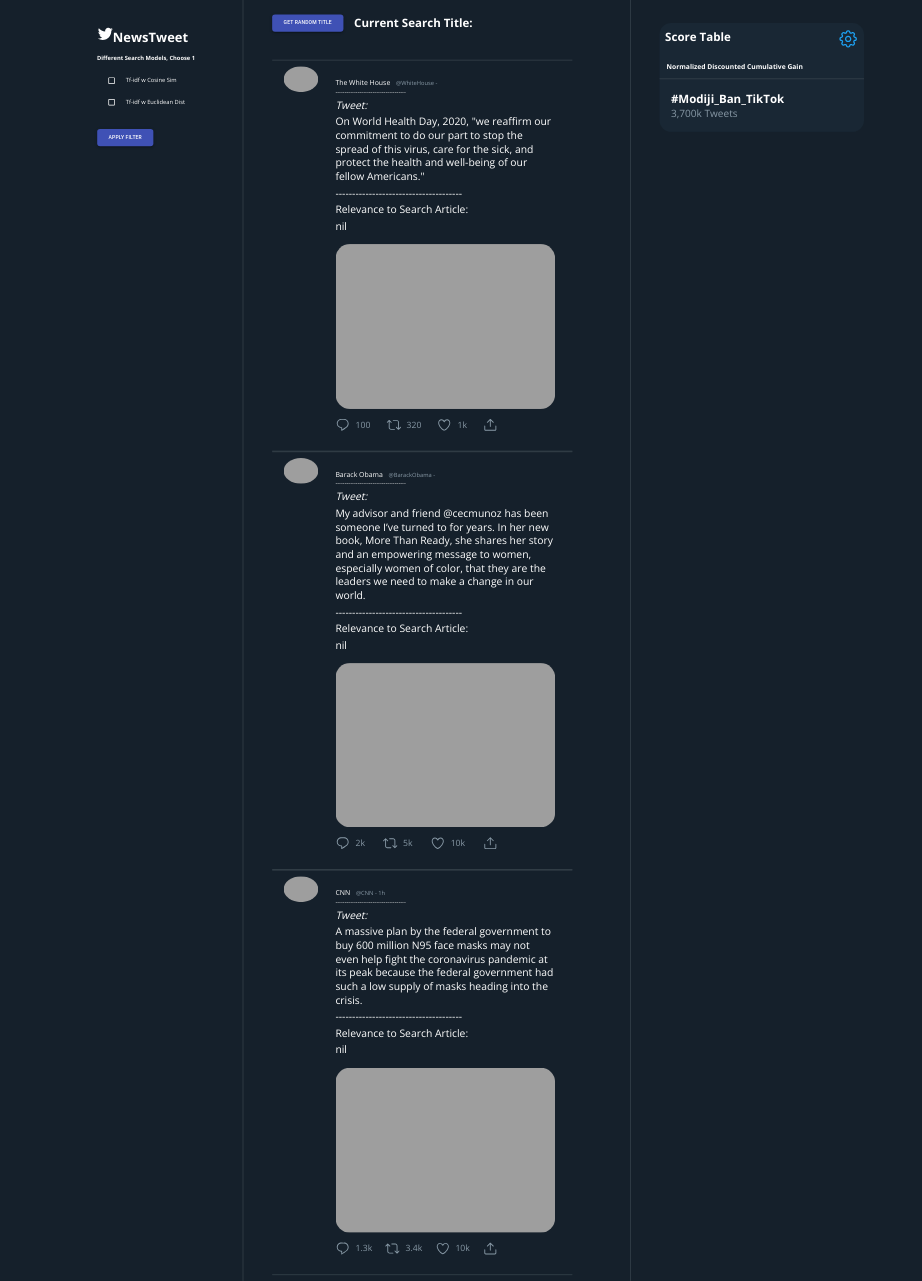
Repository: Dustyik/IR-tweets---disaster-
Page: / (app in Frontend/)
These files come from the project's save history. The page is drawn as it stood at one moment and after the next save; the edit follows.
The browser window is 1280 px wide. The pictures show the whole page, at 72% of full size.
Pictures or frames that could not be fetched are drawn as grey boxes. The page's requests for data from a server got no answer. The project was rebuilt for these pictures with package versions that can differ from the ones it lists, and the page was loaded fresh each time. No one was signed in, and anything a server would have sent is missing. Also part of the build but not shown: Frontend/src/components/trending/FollowSuggestionCard.js, Frontend/src/styles/FollowList.css, Frontend/src/components/trending/FollowSuggestionsList.js, Frontend/src/components/StatusCard.js, Frontend/src/pages/Status.js, Frontend/src/components/profile/ProfileHead.js, Frontend/src/components/profile/ProfileDetails.js, Frontend/src/styles/Profile.css and 1 more.

Above is the page before, as saved 2021-08-04 19:56:45.

### Frontend/public/index.html
<!DOCTYPE html>
<html lang="en">

<head>
  <meta charset="utf-8" />
  <link rel="icon" href="%PUBLIC_URL%/favicon.ico" />
  <meta name="viewport" content="width=device-width, initial-scale=1" />
  <meta name="theme-color" content="#000000" />
  <meta name="description" content="Web site created using create-react-app" />
  <link rel="apple-touch-icon" href="%PUBLIC_URL%/logo192.png" />
  <link href="https://fonts.googleapis.com/css2?family=Open+Sans:wght@400;700&display=swap" rel="stylesheet">
  <!--
      manifest.json provides metadata used when your web app is installed on a
      user's mobile device or desktop. See https://developers.google.com/web/fundamentals/web-app-manifest/
    -->
  <link rel="manifest" href="%PUBLIC_URL%/manifest.json" />
  <!--
      Notice the use of %PUBLIC_URL% in the tags above.
      It will be replaced with the URL of the `public` folder during the build.
      Only files inside the `public` folder can be referenced from the HTML.

      Unlike "/favicon.ico" or "favicon.ico", "%PUBLIC_URL%/favicon.ico" will
      work correctly both with client-side routing and a non-root public URL.
      Learn how to configure a non-root public URL by running `npm run build`.
    -->
  <title>React App</title>
</head>

<body>
  <noscript>You need to enable JavaScript to run this app.</noscript>
  <div id="root"></div>
  <!--
      This HTML file is a template.
      If you open it directly in the browser, you will see an empty page.

      You can add webfonts, meta tags, or analytics to this file.
      The build step will place the bundled scripts into the <body> tag.

      To begin the development, run `npm start` or `yarn start`.
      To create a production bundle, use `npm run build` or `yarn build`.
    -->
</body>

</html>

### Frontend/src/App.js
import React from 'react';
import { BrowserRouter as Router, Route } from 'react-router-dom';
import './App.css';
import { Sidebar } from './components/Sidebar';
import { Home } from './pages/Home';
import { Trending } from './components/trending/Trending';
import { GlobalProvider } from './context/GlobalState';
import { Status } from './pages/Status';
import ScrollToTop from './utils/ScrollToTop';
import { Profile } from './pages/Profile';

function App() {
  return (
    <GlobalProvider >
      <Router >

        <ScrollToTop>
          <div className="App">
            <div className="side-nav">
              <Sidebar />
            </div>
            <div className="main trending">

              <Route exact path="/" component={Home} />
              { /*
              <Route exact path="/:id" component={Profile} />
              <Route exact path="/status/:id" component={Status} />
              */}


            </div>

            <div className="trending">
              <Trending />
            </div>
          </div>
        </ScrollToTop>

      </Router>
    </GlobalProvider>
  );
}

export default App;

### Frontend/src/App.css
:root {
    --body-bg        : rgb(21, 32, 43);
    --sky-blue       : rgba(29, 161, 242, 1.00);
    --light          : rgba(255, 255, 2555);
    --grey           : rgb(136, 153, 166);
    --border         : rgb(56, 68, 77);
    --thick-border   : rgb(37, 51, 65);
    --thick-border   : rgb(37, 51, 65);
    --card-background: rgb(25, 39, 52);
}

body {
    background-color: var(--body-bg);
    font-family     : 'Open Sans', sans-serif;
    padding         : 0;
    margin          : 0;
    color           : var(--light);
}

html {
    font-size: 8px;
}

::-webkit-input-placeholder {
    /* Chrome/Opera/Safari */
    font-size  : 2.5rem;
    color      : #9197a3;
    font-weight: 400;
}

::-moz-placeholder {
    /* Firefox 19+ */
    font-size  : 2.5rem;
    color      : #9197a3;
    font-weight: 400;
}

:-ms-input-placeholder {
    /* IE 10+ */
    font-size  : 2.5rem;
    color      : #9197a3;
    font-weight: 400;
}

:-moz-placeholder {
    /* Firefox 18- */
    font-size  : 2.5rem;
    color      : #9197a3;
    font-weight: 400;
}

.App {
    display              : grid;
    grid-template-columns: 2.5fr 4fr 3fr;
}

.side-nav {
    padding-left: 40%;
    padding-top : 3rem;
}

.side-nav svg {
    fill : var(--light);
    width: 2.75rem;
}

.side-nav svg:hover {
    fill: var(--sky-blue);
}

.side-nav-item {
    padding: 2rem 0;

}

.side-nav .side-nav-item .side-nav-text {
    font-size     : 2.25rem;
    font-weight   : 700;
    color         : var(--light);
    padding-left  : 3rem;
    vertical-align: bottom;
}

.avatar {
    display: inline;
}

.avatar img {
    border-radius: 50%;
}


/* helper classes */
.p-0 {
    padding: 0
}


.pl-0 {
    padding-left: 0
}

.p-1 {
    padding: 1rem;
}

.p-2 {
    padding: 2rem
}

.pr-0 {
    padding-right: 0
}

.pb-1 {
    padding-bottom: 1rem;
}

.m-0 {
    margin: 0
}

.mb-0 {
    margin-bottom: 0;
}

.text-center {
    text-align: center;
}

.w-100 {
    width: 100%;
}

.pl-1 {
    padding-left: 1rem;
}

.pr-1 {
    padding-right: 1rem;
}

ul {
    list-style: none;
}

.flex-align-center {
    display    : flex;
    align-items: center;
}

.flex-space-between {
    display        : flex;
    justify-content: space-between;
}

.inline-block {
    display: inline-block;

}


.btn {
    color      : var(--light);
    font-weight: 700;
    cursor     : pointer;
    border     : none;
    background : transparent;
}

.tweet-btn {
    border-radius   : 4rem;
    font-size       : 2rem;
    padding         : 1.5rem;
    background-color: var(--sky-blue);
    width           : 80%;
}

.follow-btn {
    border-radius: 3rem;
    font-size    : 2rem;
    padding      : 0.5rem;
    font-weight  : 700;
    color        : var(--sky-blue);
    border       : 1px solid var(--sky-blue);
}

.pointer {
    cursor: pointer;
}

.bold-dull-para {
    font-size: 1.75rem;
    color    : var(--grey);
}

a {
    text-decoration: none;
    color          : inherit;
}

h1 {
    font-size  : 2.25rem;
    font-weight: 700;
    color      : var(--light);
}

h2 {
    font-size  : 2rem;
    font-weight: 700;
    color      : var(--light);
}

input:focus {
    outline: none;
}

### Frontend/src/components/Sidebar.js
import React, {useState, useContext} from 'react';
import { Logo, HomeIcon, ExploreIcon, NotificationIcon, MessageIcon, BookmarkIcon, ListsIcon, MoreIcon } from '../images/svg/svgs';
import { SmallAvatar } from '../images/avatars';
import { Checkbox } from '@material-ui/core';
import { Button } from '@material-ui/core';
import * as API from "../apifunctions"
import { GlobalContext } from '../context/GlobalState'
import { uniqueNamesGenerator, Config, adjectives, colors, animals } from 'unique-names-generator';


const SEARCH_MODELS = ["Tf-idf w Cosine Sim", "Tf-idf w Euclidean Dist"]

export const Sidebar = () => {
    const profImageurl = 'https://pbs.twimg.com/profile_images/1247964769669136385/KVCROk2D_bigger.jpg';
    const [searchModelsLocalState, setSearchModelsLocalState] = useState([])

    const {setSearchModels, searchModels, title, removeAllTweets, addTweet, addRankingScore, getRankingScore} = useContext(GlobalContext);

    const checkBoxToggled = (event) => {
        const id = event.id
        const checkValue = event.checked

        if (checkValue){
            setSearchModels(id)
            setSearchModelsLocalState(id)
        }
    }

    const applyFilter = () => {
        API.applySearchFilters(searchModels, title.title, title.id).then(
            res => {
                removeAllTweets()
                const data = JSON.parse(res.data.pandas_data)
                const ranking = res.data.ranking_score
                addRankingScore(ranking)

                const relevanceData = data.relevance
                const tweetData = data.text
                const tweetIdData = data.id
                const relatedArticlesData = data.related_article

                for (let i = 0; i < Object.keys(relevanceData).length; i++){
                    let pxSize = 140 + i*3
                    const newTweet = {
                        name: uniqueNamesGenerator({dictionaries: [adjectives, colors, animals]}),
                        tweet: tweetData[i],
                        relevance: relevanceData[i],
                        image: `https://placeimg.com/${pxSize}/${pxSize}/any`
                    }
                    addTweet(newTweet)
                }
            }
        )
    }

    const createCheckBoxes = () =>
        SEARCH_MODELS.map((e) => {

            return (
                <div>
                <Checkbox
                size = "medium"
                id = {e}
                onChange = {(e) => checkBoxToggled(e.target)}
                checked = {searchModelsLocalState == e}
                >
                </Checkbox>
                {e}

                </div>
            )
        }
    )


    const checkBoxes = createCheckBoxes()

    return (
        <div>
            <div className="side-nav-header">

                <h1>
                <Logo />
                    NewsTweet
                </h1>
            </div>
            <h4>
                Different Search Models,
                Choose 1
            </h4>



            {checkBoxes}

            <div>
                &nbsp;
            </div>
            <div>
                &nbsp;
            </div>

            <Button
                onClick = {applyFilter}
                variant="contained" color="primary">
                Apply Filter
            </Button>



        </div>
    )
}

### Frontend/src/pages/Home.js
import React, { useState, useEffect, useContext } from 'react';
import '../styles/Main.css';
import { TweetList } from '../components/TweetList';
import { SearchIcon } from '../images/svg/svgs'
import * as API from "../apifunctions"
import { Button } from '@material-ui/core';
import { GlobalContext } from '../context/GlobalState'


export const Home = () => {
    const [titlesState, setTitlesState] = useState([])
    const { title, setTitle } = useContext(GlobalContext);


    useEffect(() => {
        API.getTitles().then(
            res => {
                const data = JSON.parse(res.data);
                const titlesData = data.title
                const idData = data.id
                var values = []
                for (let i = 0; i < Object.keys(titlesData).length; i++){
                    values.push({
                        title: titlesData[i],
                        id: idData[i]
                    })
                }
                setTitlesState(values)
            }
        ).catch(
            err => console.log("Error fetching titles", err)
        )
    }, [])

    const randomButtonClick = () => {
        const randomElement = titlesState[Math.floor(Math.random() * titlesState.length)];
        setTitle(randomElement)
    }

    return (
        <>
            <div style = {{display:"flex", flexDirection:"row", alignItems:"center"}}>
            {/*
            <div className="search-box flex-align-center">
                    <SearchIcon />
                    <input placeholder="Search Our Corpus Using Headlines" className="search-input w-100" type="text" />
            </div>
            */}
            <Button
                onClick = {randomButtonClick}
                variant="contained"
                style = {{height:"50%", marginRight:"15px"}}
                color="primary">
                Get Random Title
            </Button>

            <h2 style = {{display:"flex", alignItems:"center", textAlign:"center"}}>
                Current Search Title:
            </h2>

            </div>


            <h2 style = {{display:"flex", justifyContent:"center"}}>
               {title.title}
            </h2>
                {/*
            <NewTweet />
                */}
            <div className="tweets">
                <TweetList />
            </div>
        </>
    )
}

### Frontend/src/components/trending/Trending.js
import React from 'react';
import '../../styles/Trending.css';
import { SearchIcon } from '../../images/svg/svgs'
import { TrendsList } from './TrendsList';
import { FollowSuggestionsList } from './FollowSuggestionsList';


export const Trending = () => {
    return (
        <>
            <div>

                <div className="trends-list m-0">

                    <TrendsList />

                </div>
                {/*
                <div className="follow-list">
                    <FollowSuggestionsList />
                </div>
                */}
            </div>
        </>
    )
}

### Frontend/src/utils/ScrollToTop.js
import React, { useEffect, Fragment } from 'react';
import { withRouter } from 'react-router-dom';

function ScrollToTop({ history, children }) {
    useEffect(() => {
        const unlisten = history.listen(() => {
            window.scrollTo(0, 0);
        });
        return () => {
            unlisten();
        }
    }, []);

    return <Fragment>{children}</Fragment>;
}

export default withRouter(ScrollToTop);

### Frontend/src/images/avatars.js
import React from 'react'

export const SmallAvatar = ({ width, image }) => {
    return (
        <div className="avatar">
            <img width={width} src={image} alt="avatar" />
        </div>
    )
}

### Frontend/src/apifunctions.js
import axios from 'axios';

export const getTitles = () => {
    console.log("get Titles called")
    return axios.get("http://localhost:5000/getTitles")
}

export const applySearchFilters = (data, title, id) => {
    return axios.post("http://localhost:5000/applySearchModels", {
            data: data,
            queryTitle: title,
            articleId: id

        }
    )
}

### Frontend/src/styles/Main.css
/* main styles */
.main {
    border-left : 1px solid var(--border);
    border-right: 1px solid var(--border);
    ;
}

.home {
    padding-left : 2.5rem;
    border-bottom: 1px solid var(--border);
}

.new-tweet {
    padding              : 1rem;
    display              : grid;
    grid-template-columns: 1fr 9fr;
    border-bottom        : 1rem solid var(--thick-border);
}

.new-tweet .left,
.right {
    padding: 0 1rem;
}

.new-tweet input {
    padding    : 2rem 0;
    background : transparent;
    border     : none;
    color      : var(--light);
    font-size  : 2rem;
    font-weight: 700;
}

.new-tweet-options {
    padding-right  : 1rem;
    display        : flex;
    justify-content: space-between;
    align-items    : center;
}

.new-tweet .add-icons {
    margin-right: 1rem;
}

.new-tweet .add-icons svg {
    width  : 3rem;
    fill   : var(--sky-blue);
    padding: 1rem;
}

.new-tweet .add-icons svg:first-child {
    padding-left: 0;
}

### Frontend/src/components/TweetList.js
import React, { useContext } from 'react'
import TweetCard from './TweetCard'
import { GlobalContext } from '../context/GlobalState'

export const TweetList = () => {
    const { tweets } = useContext(GlobalContext);

    return (
        <>
            {tweets.map((tweet, index) => (<TweetCard key={index} tweet={tweet} />))}
        </>
    )
}

### Frontend/src/styles/Trending.css
.trending {
    padding: 1rem 10rem 1rem 5rem;
}

.trending .search-box {
    width     : 100%;
    background: transparent;

    background-color: var(--thick-border);
    border-radius   : 5rem;
    border          : none;
}

.trending .search-box svg {
    width       : 3rem;
    fill        : var(--grey);
    padding-left: 1rem;

}

.trending .search-box input {
    padding   : 1.5rem;
    font-size : 2rem;
    width     : 100%;
    background: transparent;
    border    : none;
    color     : var(--light);
}

.trends-list {
    background-color: var(--card-background);
    border-radius   : 2rem;
    margin-top      : 3rem;
}

.trends-list h1 {
    padding: 1rem 2rem;

}

.trends-for-you {
    padding: 1rem;
}

.trends-for-you svg {
    width: 3.5rem;
    fill : var(--sky-blue);
}

.trends-card {
    border-top   : 1px solid var(--border);
    border-bottom: 1px solid var(--border);
    padding      : 2rem;
}

.trends :last-child {
    border-bottom: none;
}

.trends-topic {
    font-size: 1.5rem;
    color    : var(--grey);
}

.trend-tweet-count {
    font-size: 1.75rem;
    color    : var(--grey);
}



.trending ::-webkit-input-placeholder {
    /* Chrome/Opera/Safari */
    font-size  : 2rem;
    color      : #9197a3;
    font-weight: 400;
}

.trending ::-moz-placeholder {
    /* Firefox 19+ */
    font-size  : 2rem;
    color      : #9197a3;
    font-weight: 400;
}

.trending :-ms-input-placeholder {
    /* IE 10+ */
    font-size  : 2rem;
    color      : #9197a3;
    font-weight: 400;
}

.trending :-moz-placeholder {
    /* Firefox 18- */
    font-size  : 2rem;
    color      : #9197a3;
    font-weight: 400;
}

### Frontend/src/components/trending/TrendsList.js
import React, {useContext} from 'react';
import { Trend } from '../trending/Trend';
import { SettingsIcon } from '../../images/svg/svgs';

import { GlobalContext } from '../../context/GlobalState'


export const TrendsList = () => {

    const {rankingModel} = useContext(GlobalContext);


    const trends = [
        {
            name: '#Modiji_Ban_TikTok',
            topic: '',
            tweets: '3,700k'
        }
    ]
    return (
        <div>
            <div className="trends-for-you flex-space-between">
                <h2 className="m-0">Score Table</h2>
                <SettingsIcon />
            </div>
            <h3 style = {{padding:10}}className="m-0">Normalized Discounted Cumulative Gain </h3>

            <div>
                {rankingModel}
                {console.log("scores", rankingModel)}
            </div>
            <div className="trends">
                {trends.map(trend => (<Trend trend={trend} />))}
            </div>
        </div>
    )
}

### Frontend/src/context/AppReducer.js
const MAX = 30
const MIN = 0

export default (state, action) => {
    switch (action.type) {

        case "ADD_RANKING_SCORE":
            return {
                ...state,
                rankingModel: [...state.rankingModel, action.payload]
            }


        case 'DELETE_TRANSACTION':
            return {
                ...state,
                transactions: state.transactions.filter(transaction => transaction.id !== action.payload)
            }
        case 'ADD_TWEET':
            const newTweet = {
                user: {
                    name: action.payload.name,
                    image: action.payload.image,
                    handle: `@${action.payload.name}`,
                },
                tweet: {
                    content: action.payload.tweet,
                    image: null,
                    comments: Math.floor(Math.random()*(MAX-MIN)+MIN),
                    retweets: Math.floor(Math.random()*(MAX-MIN)+MIN),
                    likes: Math.floor(Math.random()*(MAX-MIN)+MIN),
                    relevance: action.payload.relevance
                }
            };
            return {
                ...state,
                tweets: [...state.tweets, newTweet]
            }

        case "SET_TITLE":
            return {
            ...state,
            title: action.payload
        }

        case "SET_SEARCH_MODEL":
            return {
            ...state,
            searchModels: action.payload
        }

        case "REMOVE_ALL_TWEETS":
            return {
            ...state,
            tweets: []
        }


        default:
            return state
    }
}

### Frontend/src/components/trending/Trend.js
import React from 'react'

export const Trend = ({ trend }) => {
    return (
        <div className="trends-card">
            <p className="trends-topic m-0">{trend.topic}</p>
            <h2 className="m-0">{trend.name}</h2>
            <p className="trend-tweet-count m-0">{trend.tweets} Tweets</p>
        </div>
    )
}

### Frontend/src/styles/StatusCard.css
.tweets {}

.status-card {
    /* padding              : 1rem;
    display                 : grid;
    grid-template-columns   : 1fr 9fr; */
    border-bottom           : 0.5px solid var(--border);
    border-top              : 0.5px solid var(--border);

}

.status-card .left,
.right {
    padding: 2rem;
}

.status-card .left {
    display    : flex;
    align-items: center;

}

.status-card .right {
    padding-top: 0;
}

.status-card .status-card-name {
    font-size    : 2rem;
    font-weight  : 700;
    padding-right: 1rem;
}

.status-card .status-card-handle,
.status-card-time {
    font-size: 1.5rem;
    color    : var(--grey);
}

.status-card .status-card-body .status-card-content p {
    font-size : 2.5rem;
    margin-top: .5rem;
}

.status-card .status-card-body .status-card-image {
    margin-top: 2rem;
}

.status-card .status-card-body .status-card-image img {
    width        : 100%;
    border-radius: 20px;
}

.status-card .status-card-footer {
    padding-right: 10rem;
    display      : flex;

    justify-content: space-around;
    padding-top    : 1rem;
    width          : 100%;
}

.status-card .status-card-footer svg {
    fill : var(--grey);
    width: 2.5rem;
}

.status-card .status-card-footer .tweet-cars-icon {
    line-height : 2;
    font-size   : 1.5rem;
    color       : var(--grey);
    padding-left: 1rem;
}

.status {
    display    : flex;
    align-items: center;
    padding    : 0 2rem;
    display    : flex;
    align-items: center;
}

.status h1 {
    display     : inline-block;
    padding-left: 1rem;
}

.status svg {
    width: 4rem;
    fill : var(--sky-blue);
}

### Frontend/src/styles/TweetCard.css
.tweets {}

.tweet-card {
    padding              : 1rem;
    display              : grid;
    grid-template-columns: 1fr 9fr;
    border-bottom        : 0.5px solid var(--border);
    border-top           : 0.5px solid var(--border);

}

.tweet-card .left,
.right {
    padding: 0 1rem;
}

.tweet-card .tweet-card-head .tweet-card-name {
    font-size    : 1.2rem;
    font-weight  : 300;
    padding-right: 1rem;
}

.tweet-card .tweet-card-head .tweet-card-name:hover {
    text-decoration: underline;
}

.tweet-card .tweet-card-head .tweet-card-handle,
.tweet-card-time {
    font-size: rem;
    color    : var(--grey);
}

.tweet-card .tweet-card-body .tweet-card-content p {
    font-size : 1.8rem;
    margin-top: .5rem;
}

.tweet-card .tweet-card-body .tweet-card-image {
    margin-top: 2rem;
}

.tweet-card .tweet-card-body .tweet-card-image img {
    width        : 100%;
    border-radius: 20px;
}

.tweet-card .tweet-card-footer {
    padding-right  : 10rem;
    display        : flex;
    justify-content: space-between;
    padding-top    : 1rem;
}

.tweet-card .tweet-card-footer svg {
    fill : var(--grey);
    width: 2.5rem;
}

.tweet-card .tweet-card-footer .tweet-cars-icon {
    line-height : 2;
    font-size   : 1.5REM;
    color       : var(--grey);
    padding-left: 1rem;
}

Loaded but not shown: Frontend/src/index.js (common file); Frontend/src/images/svg/svgs.js (66 lines, source omitted); Frontend/src/context/GlobalState.js (124 lines, source omitted); Frontend/src/components/TweetCard.js (67 lines, source omitted)

After the next save:
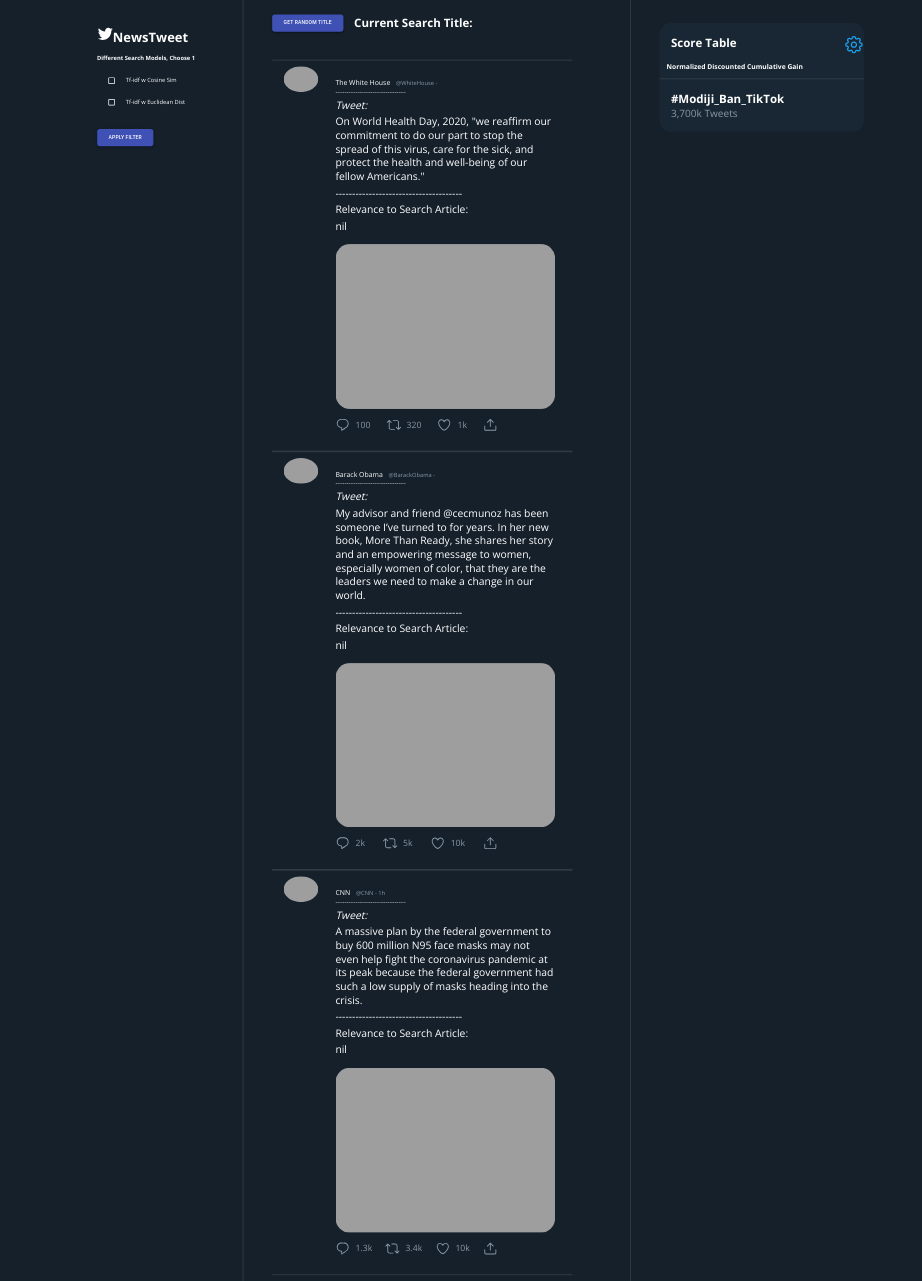
Saved 14 s later.
--- a/Frontend/src/styles/Trending.css
+++ b/Frontend/src/styles/Trending.css
@@ -39,7 +39,8 @@
 }
 
 .trends-for-you {
-    padding: 1rem;
+    padding-top: 2rem;
+    padding-left: 2rem;
 }
 
 .trends-for-you svg {
